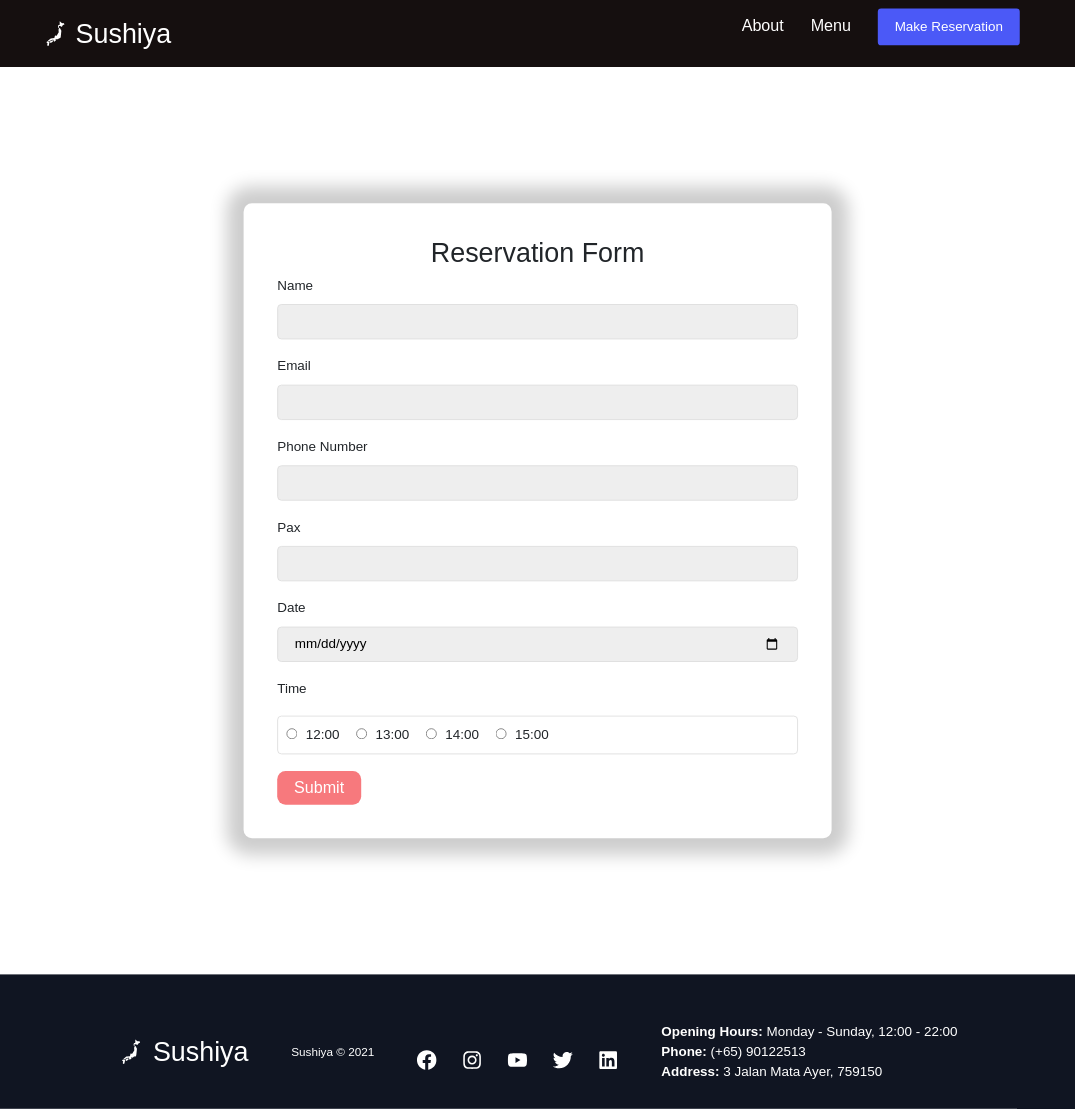
Repository: RuiXiong2211/Sushiroe
Page: /Reservation
An editor plug-in stored every save of this project. The page is shown before and after the next save, followed by the edit.
The browser window is 1280 px wide. The pictures show the whole page, at 84% of full size.
The project was rebuilt for these pictures with package versions that can differ from the ones it lists, and the page was loaded fresh each time. Also part of the build but not shown: src/components/InfoSection/InfoSection.elements.js, src/components/InfoSection/InfoSection.js, src/components/ProductSection/ProductSection.elements.js, src/components/ProductSection/ProductSection.js, src/data/home/Data.js, src/pages/HomePage/Home.js, src/data/menu/Data.js, src/pages/Menu/Menu.js.

Above is the page before, as saved 2021-07-12 17:50:01.

### src/App.js
import React from 'react'
import 'bootstrap/dist/css/bootstrap.min.css';
import { BrowserRouter as Router, Switch, Route } from 'react-router-dom'
import { Navbar, Footer } from './components'
import ScrollToTop from './components/ScrollToTop'
import GlobalStyle from './globalStyles'
import Home from './pages/HomePage/Home'
import Menu from './pages/Menu/Menu'
import Reservation from './pages/Reservation/ReservationPage'

function App() {
  return (
    <Router>
      <GlobalStyle />
      <ScrollToTop />
      <Navbar />
      <Switch>
        <Route path="/" exact component={Home} />
        <Route path="/Menu" exact component={Menu} />
        <Route path="/Reservation" exact component={Reservation} />
      </Switch>
      <Footer />
    </Router>
  );
}

export default App;

### src/components/index.js
export { default as Navbar } from './Navbar/Navbar.js'
export { default as Footer } from './Footer/Footer.js'
export { default as InfoSection } from './InfoSection/InfoSection.js'
export { default as ProductSection } from './ProductSection/ProductSection.js'

### src/components/ScrollToTop.js
import { useEffect } from 'react'
import { useLocation } from 'react-router-dom'

export default function ScrollToTop() {
    const { pathname } = useLocation()
    useEffect(() => {
        window.scrollTo(0, 0);
    },
    [pathname]
    )

    return null
}

### src/globalStyles.js
import styled, {createGlobalStyle} from 'styled-components'

const GlobalStyle = createGlobalStyle`
* {
    box-sizing: border-box;
    margin: 0;
    padding: 0;
    font-family: 'Source Sans Pro', sans-serif
}
`;

export const Container = styled.div`
    z-index: 1;
    width: 100%;
    max-width: 1300px;
    margin-right: auto;
    margin-left: auto;
    padding-right: 50px;
    padding-left: 50px;

    @media screen and (max-width: 991px) {
        padding-right: 30px;
        padding-left: 30px;
    }
`
export const Button = styled.button`
    border-radius: 4px;
    background: ${({primary}) => (primary ? '#4B59F7' : '#0467FB')};
    white-space: nowrap;
    padding: ${({big}) => (big ? '12px 64px' : '10px 20px')};
    color: #fff;
    font-size: ${({fontBig}) => (fontBig ? '20px' : '16px')};
    outline: none;
    border: none;
    cursor: pointer;

    &:hover {
        transition: all 0.3s ease-out;
        background: #fff;
        background: ${({primary}) => (primary ? '#0467FB' : '#4B59F7')};
    }

    @media screen and (max-width: 960px) {
        width: 100%;
    }
 `

export default GlobalStyle

### src/pages/Reservation/ReservationPage.js
import React from 'react'
import Reservation from '../../components/Reservation/Reservation'

const ReservationPage = () => {
    return (
        <>
            <Reservation />
        </>
    )
}

export default ReservationPage

### src/components/Navbar/Navbar.js
import React, { useState, useEffect } from "react";
import { Button } from '../../globalStyles';
import {
  Nav,
  NavbarContainer,
  NavLogo,
  NavIcon,
  MobileIcon,
  MobileIconButton,
  NavMenu,
  NavItem,
  NavLinks,
  NavItemBtn,
  NavBtnLink,
} from "./Navbar.elements";

const Navbar = () => {

  const [click, setClick] = useState(false)
  const [button, setButton] = useState(true)

  const handleClick = () => setClick(!click)
  const showButton = () => {
      if (window.innerWidth <= 960) {
          setButton(false)
      } else {
        setButton(true)

      }
  }

  useEffect(() => {
      showButton()
  }, [])

  window.addEventListener('resize', showButton);


  return (
    <>
      <Nav>
        <NavbarContainer>
          <NavLogo to="/">
            <NavIcon />
            Sushiya
          </NavLogo>
          <MobileIcon onClick={handleClick}>
            <MobileIconButton click={click} />
          </MobileIcon>
          <NavMenu onClick={handleClick} click={click}>
              <NavItem>
                  <NavLinks to='/'>
                      About
                  </NavLinks>
              </NavItem>
              <NavItem>
                  <NavLinks to='/Menu'>
                      Menu
                  </NavLinks>
              </NavItem>
              <NavItemBtn>
                {button ? (
                  <NavBtnLink to='/Reservation'>
                    <Button primary>
                      Make Reservation
                      </Button>
                  </NavBtnLink>
                ) : (
                  <NavBtnLink to='/Reservation'>
                    <Button fontBig primary>
                      Make Reservation
                    </Button>
                  </NavBtnLink>
                )}
              </NavItemBtn>
          </NavMenu>
        </NavbarContainer>
      </Nav>
    </>
  );
};

export default Navbar;

### src/components/Footer/Footer.js
import React from "react";

import {
  FaFacebook,
  FaInstagram,
  FaYoutube,
  FaTwitter,
  FaLinkedin,
} from "react-icons/fa";

import {
  FooterContainer,
  SocialMedia,
  SocialMediaWrap,
  SocialLogo,
  SocialIcon,
  WebsiteRights,
  SocialIcons,
  SocialIconLink,
  ContactUs,
} from "./Footer.elements";

function Footer() {
  return (
    <FooterContainer>
      <SocialMedia>
        <SocialMediaWrap>
          <SocialLogo to="/">
            <SocialIcon />
            Sushiya
          </SocialLogo>
          <WebsiteRights>Sushiya © 2021</WebsiteRights>
          <SocialIcons>
            <SocialIconLink href="/" target="_blank" aria-label="Facebook">
              <FaFacebook />
            </SocialIconLink>
            <SocialIconLink href="/" target="_blank" aria-label="Instagram">
              <FaInstagram />
            </SocialIconLink>
            <SocialIconLink
              href=
                "https:youtube.com/"
              rel="noopener noreferrer"
              target="_blank"
              aria-label="Youtube"
            >
              <FaYoutube />
            </SocialIconLink>
            <SocialIconLink href="/" target="_blank" aria-label="Twitter">
              <FaTwitter />
            </SocialIconLink>
            <SocialIconLink href="/" target="_blank" aria-label="LinkedIn">
              <FaLinkedin />
            </SocialIconLink>
          </SocialIcons>
          <ContactUs>
          <strong>Opening Hours: </strong>
          Monday - Sunday,
          12:00 - 22:00
          <br/>
          <strong>Phone: </strong>
          (+65) 90122513
          <br/>
          <strong>Address: </strong>
          3 Jalan Mata Ayer, 759150
      </ContactUs>
        </SocialMediaWrap>
      </SocialMedia>
    </FooterContainer>
  );
}

export default Footer;

### src/components/Reservation/Reservation.js
import React, { useState } from "react";

import {
  Header,
  StyledFormWrapper,
  StyledForm,
  StyledInput,
  StyledError,
  StyledButton,
  StyledFieldset
} from "./Reservation.elements";

const Reservation = () => {

  let initialState = {
    name: "",
    email: "",
    phone: "",
    pax: "",
    date: "",
    time: "",
  };

  const [state, setState] = useState(initialState);
  const [error, setError] = useState("");

  const handleSubmit = (e) => {
    e.preventDefault();
    console.log(state);

    for (let key in state) {
      if (state[key] === "") {
        setError(`*You must provide the ${key} details.`);
        return;
      }
    }
    setError('*We have received your reservation!');
    initialState = {
        name: "",
        email: "",
        phone: "",
        pax: "",
        date: "",
        time: "",
      };
    setState(initialState)
    console.log(state)
  };

  const handleInput = (e) => {
    const inputField = e.currentTarget.name;
    const value = e.currentTarget.value;

    setState((prev) => ({ ...prev, [inputField]: value }));
  };

  return (
    <>
      <StyledFormWrapper>
        <StyledForm onSubmit={handleSubmit}>
          <Header>Reservation Form</Header>
          <label htmlFor="name"> Name </label>
          <StyledInput
            type="text"
            name="name"
            value={state.name}
            onChange={handleInput}
          />
          <label htmlFor="email"> Email </label>
          <StyledInput
            type="email"
            name="email"
            value={state.email}
            onChange={handleInput}
          />
          <label htmlFor="phone"> Phone Number </label>
          <StyledInput
            type="text"
            name="phone"
            value={state.phone}
            onChange={handleInput}
          />
          <label htmlFor="pax"> Pax </label>
          <StyledInput
            type="number"
            name="pax"
            min="0"
            max="5"
            value={state.pax}
            onChange={handleInput}
          />
          <label htmlFor="date"> Date </label>
          <StyledInput
            type="date"
            name="date"
            min="2021-07-12"
            value={state.date}
            onChange={handleInput}
          />
          <label htmlFor="time"> Time </label>
          <StyledFieldset>
            <label>
              <input
                type="radio"
                value="12:00"
                name="time"
                checked={state.time === '12:00'}
                onChange={handleInput}
              />
              12:00
            </label>
            <label>
              <input
                type="radio"
                value="13:00"
                name="time"
                checked={state.time === '13:00'}
                onChange={handleInput}
              />
              13:00
            </label>
            <label>
              <input
                type="radio"
                value="14:00"
                name="time"
                checked={state.time === '14:00'}
                onChange={handleInput}
              />
              14:00
            </label>
            <label>
              <input
                type="radio"
                value="15:00"
                name="time"
                checked={state.time === '15:00'}
                onChange={handleInput}
              />
              15:00
            </label>

          </StyledFieldset>
          {error && (
            <StyledError>
              <p>{error}</p>
            </StyledError>
          )}
          <StyledButton type="submit">Submit</StyledButton>
        </StyledForm>
      </StyledFormWrapper>
    </>
  );
};

export default Reservation;

### src/components/Navbar/Navbar.elements.js
import styled from 'styled-components'
import { Container } from '../../globalStyles'
import { Link } from 'react-router-dom'
import { FaTimes, FaBars } from 'react-icons/fa'
import { GiJapan } from 'react-icons/gi'

export const Nav = styled.nav`
    background: #150f0f;
    height: 80px;
    display: flex;
    justify-content: center;
    align-items: center;
    font-size: 1.2rem;
    position: sticky;
    top: 0;
    z-index: 999;
`;

export const NavbarContainer = styled(Container)`
    display: flex;
    justify-content: space-between;
    height: 80px;

    ${Container}
`;

export const NavLogo = styled(Link)`
    color: #fff;
    justify-self: flex-start;
    cursor: pointer;
    text-decoration: none;
    font-size: 2rem;
    display: flex;
    align-items: center;
`;

export const NavIcon = styled(GiJapan)`
    margin-right: 0.5rem;
`;

export const MobileIcon = styled.div`
    display: none;

    @media screen and (max-width: 960px) {
        display: block;
        position: absolute;
        top: 0;
        right: 0;
        transform: translate(-100%, 60%);
        font-size: 1.8rem;
        cursor: pointer;
        color: #fff;
    }
`

export const MobileIconButton = ({click}) => {
    return (
        click ? <FaTimes /> : <FaBars />
    )
}

export const NavMenu = styled.ul`
    display: flex;
    align-items: center;
    list-style: none;
    text-align: center;

    @media screen and (max-width: 960px) {
        display: flex;
        flex-direction: column;
        width: 100%;
        height: 90vh;
        position: absolute;
        top: 80px;
        left: ${({click}) => (click ? 0 : '-100%')};
        opacity: 1;
        transition: all 0.5s ease;
        background: #101522;
    }
`

export const NavItem = styled.li`
    height: 80px;
    border-bottom: 2px solid transparent;

    &:hover {
        border-bottom: 2px solid yellow;
    }

    @media screen and (max-width: 960px) {
        width: 100%;

        &:hover {
            border: none;
        }
    }
`

export const NavLinks = styled(Link)`
    color: #fff;
    display: flex;
    align-items: center;
    text-decoration: none;
    padding: 0.5rem 1rem;
    height: 100%;

    @media screen and (max-width: 960px) {
        text-align: center;
        padding: 2rem;
        width: 100%;
        display: table;

        &:hover {
            color: #4b59f7;
            transition: all 0.3s ease;
        }
    }
`

export const NavItemBtn = styled.li`
  @media screen and (max-width: 960px) {
    display: flex;
    justify-content: center;
    align-items: center;
    width: 100%;
    height: 120px;
  }
`

export const NavBtnLink = styled(Link)`
  display: flex;
  justify-content: center;
  align-items: center;
  text-decoration: none;
  padding: 8px 16px;
  height: 100%;
  width: 100%;
  border: none;
  outline: none;
`

### src/components/Footer/Footer.elements.js
import styled from 'styled-components';
import { GiJapan } from 'react-icons/gi'
import { Link } from 'react-router-dom';

export const FooterContainer = styled.div`
  background-color: #101522;
  padding: 1rem 0 1rem 0;
  display: flex;
  flex-direction: column;
  justify-content: center;
  align-items: center;
`;

export const SocialMedia = styled.section`
  max-width: 1300px;
  width: 100%;
`;

export const SocialMediaWrap = styled.div`
  display: flex;
  justify-content: space-between;
  align-items: center;
  width: 90%;
  max-width: 1000px;
  margin: 40px auto 0 auto;
  @media screen and (max-width: 820px) {
    flex-direction: column;
  }
`;

export const SocialLogo = styled(Link)`
  color: #fff;
  justify-self: start;
  cursor: pointer;
  text-decoration: none;
  font-size: 2rem;
  display: flex;
  align-items: center;
  margin-bottom: 16px;
`;

export const SocialIcon = styled(GiJapan)`
  margin-right: 10px;
`;

export const WebsiteRights = styled.small`
  color: #fff;
  margin-bottom: 16px;
`;

export const SocialIcons = styled.div`
  display: flex;
  justify-content: space-between;
  align-items: center;
  width: 240px;
`;

export const SocialIconLink = styled.a`
  color: #fff;
  font-size: 24px;
`;

export const ContactUs = styled.div`
    color: #fff;
    font-size: 16px;
    padding: 0 0 1rem 0;
`

### src/components/Reservation/Reservation.elements.js
import styled, {css} from 'styled-components'

const sharedStyles = css`
    background-color: #eee;
    height: 40px;
    border-radius: 5px;
    border: 1px solid #ddd;
    margin: 10px 0 20px 0;
    padding: 20px;
    box-sizing: border-box;
`

export const Header = styled.h2`
    text-align: center;
`

export const StyledFormWrapper = styled.div`
    display: flex;
    justify-content: center;
    align-items: center;
    height: 150vh;
    padding: 0 20px;
`

export const StyledForm = styled.form`
    width: 100%;
    max-width: 700px;
    padding: 40px;
    background-color: #fff;
    border-radius: 10px;
    box-sizing: border-box;
    box-shadow: 0px 0px 20px 20px rgba(0, 0, 0, 0.2);
`
export const StyledInput = styled.input`
    display: block;
    width: 100%;
    ${sharedStyles};
`

export const StyledButton = styled.button`
    display: block;
    background-color: #f7797d;
    color: #fff;
    font-size: 1.2rem;
    border: 0;
    border-radius: 10px;
    height: 40px;
    padding: 0 20px;
    cursor: pointer;
    box-sizing: border-box;

    &:hover{
        background-color: crimson;
    }
`

export const StyledError = styled.div`
    color: black;
    font-weight: 400;
    margin: 0 0 40px 40px;
`
export const StyledFieldset = styled.fieldset`
  border: 1px solid #ddd;
  border-radius: 5px;
  padding: 10px;
  margin: 20px 0;
  legend {
    padding: 0 10px;
  }
  label {
    padding-right: 20px;
  }
  input {
    margin-right: 10px;
  }
`;

Loaded but not shown: public/index.html (common file); src/index.js (common file)

After the next save:
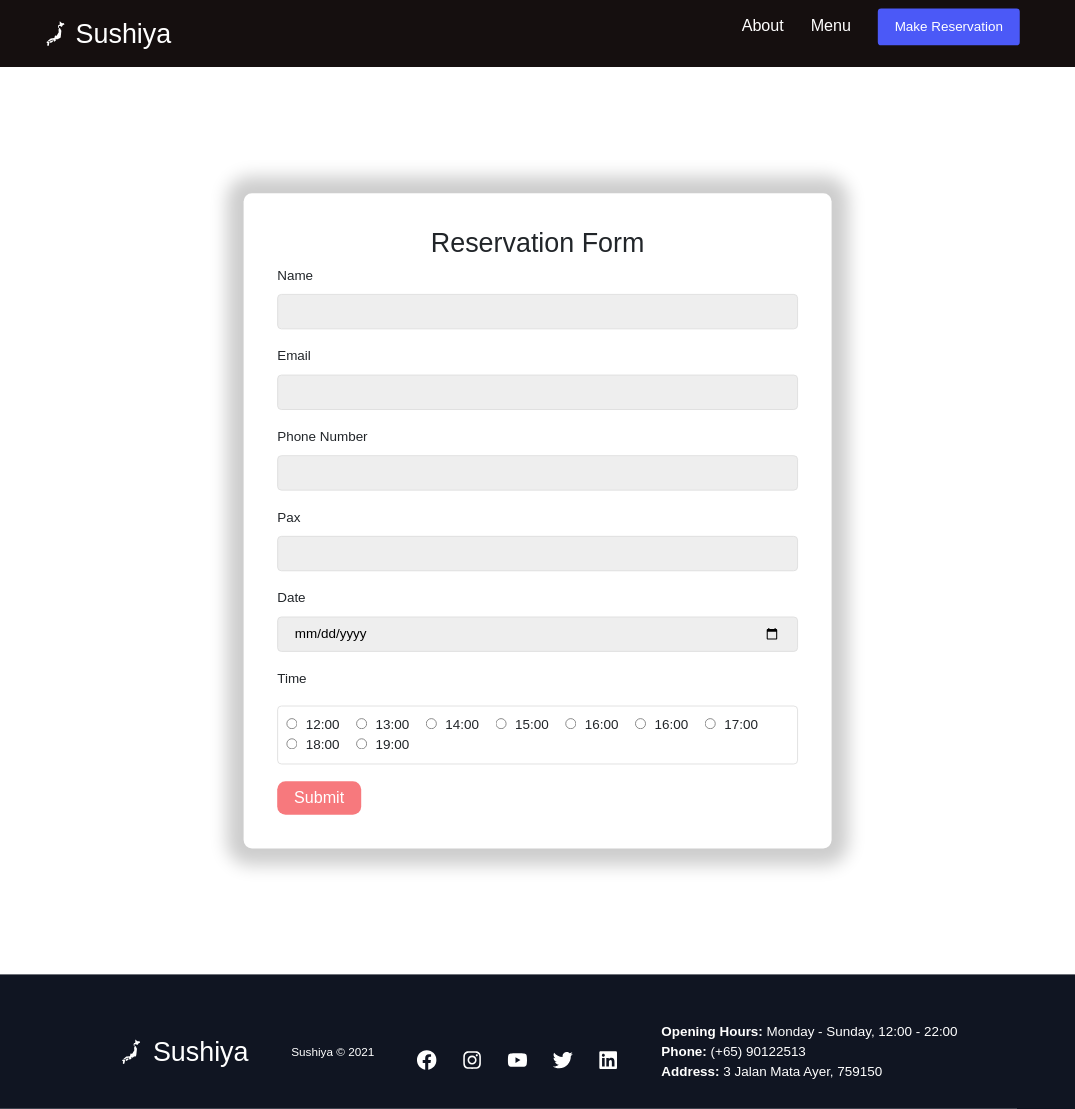
Saved 13 min 4 s later.
--- a/src/components/Reservation/Reservation.js
+++ b/src/components/Reservation/Reservation.js
@@ -139,6 +139,56 @@ const Reservation = () => {
               />
               15:00
             </label>
+            <label>
+              <input
+                type="radio"
+                value="15:00"
+                name="time"
+                checked={state.time === '15:00'}
+                onChange={handleInput}
+              />
+              16:00
+            </label>
+            <label>
+              <input
+                type="radio"
+                value="16:00"
+                name="time"
+                checked={state.time === '16:00'}
+                onChange={handleInput}
+              />
+              16:00
+            </label>
+            <label>
+              <input
+                type="radio"
+                value="17:00"
+                name="time"
+                checked={state.time === '17:00'}
+                onChange={handleInput}
+              />
+              17:00
+            </label>
+            <label>
+              <input
+                type="radio"
+                value="18:00"
+                name="time"
+                checked={state.time === '18:00'}
+                onChange={handleInput}
+              />
+              18:00
+            </label>
+            <label>
+              <input
+                type="radio"
+                value="19:00"
+                name="time"
+                checked={state.time === '19:00'}
+                onChange={handleInput}
+              />
+              19:00
+            </label>
 
           </StyledFieldset>
           {error && (
